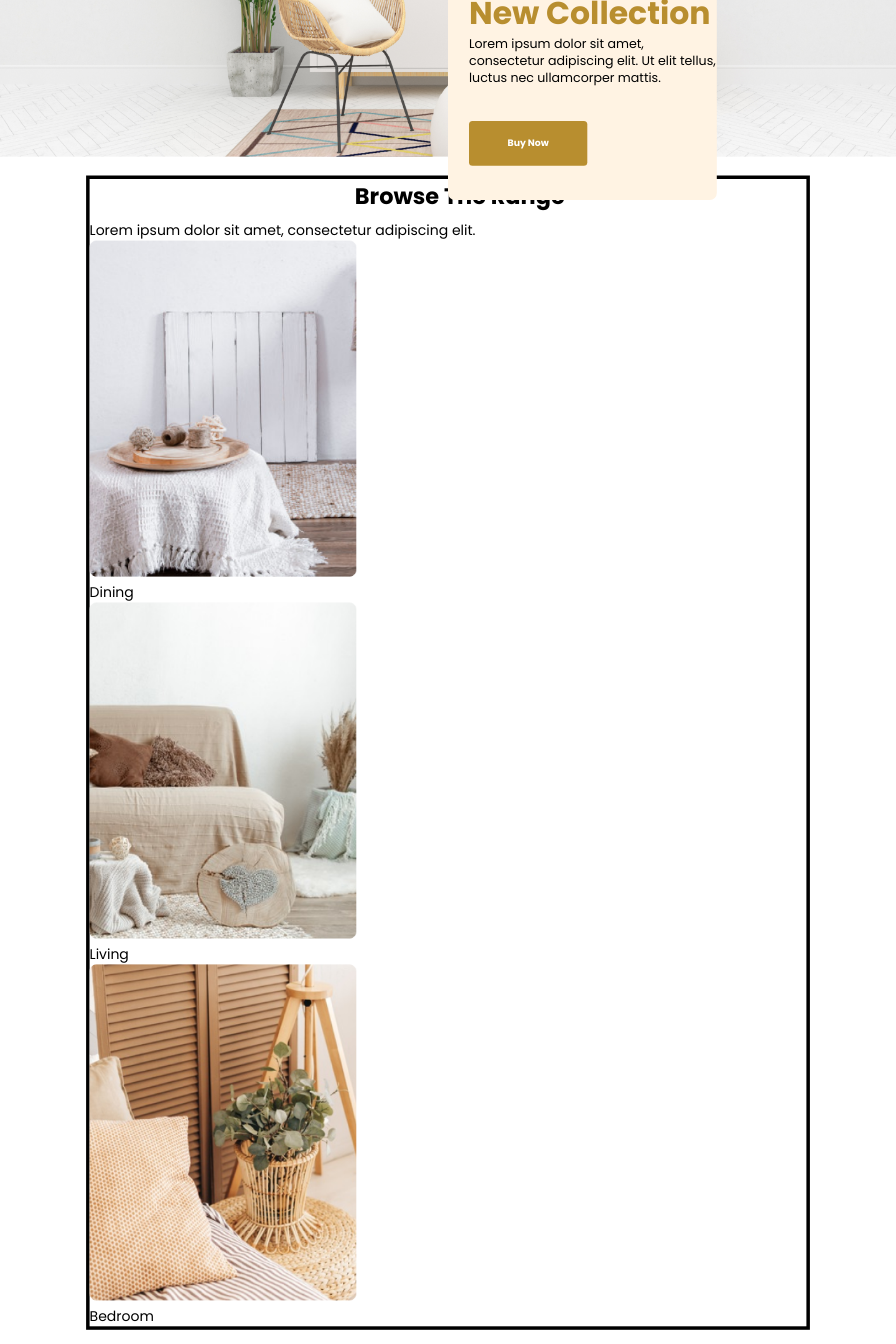
Repository: DT2301/project
Page: index.html
The author's editor kept a copy of each file at every save. The page is drawn from the files as they stood at one save, then again after the next save.
The browser window is 1280 px wide. The pictures show the part of the page from y = 514 to 2434 px (the page is 2434 px tall), at 70% of full size.
A picture or video elsewhere on the page could not be fetched, so the positions and the page height are approximate.

Above is the page before, as saved 2024-01-07 10:32:10.

After the next save:
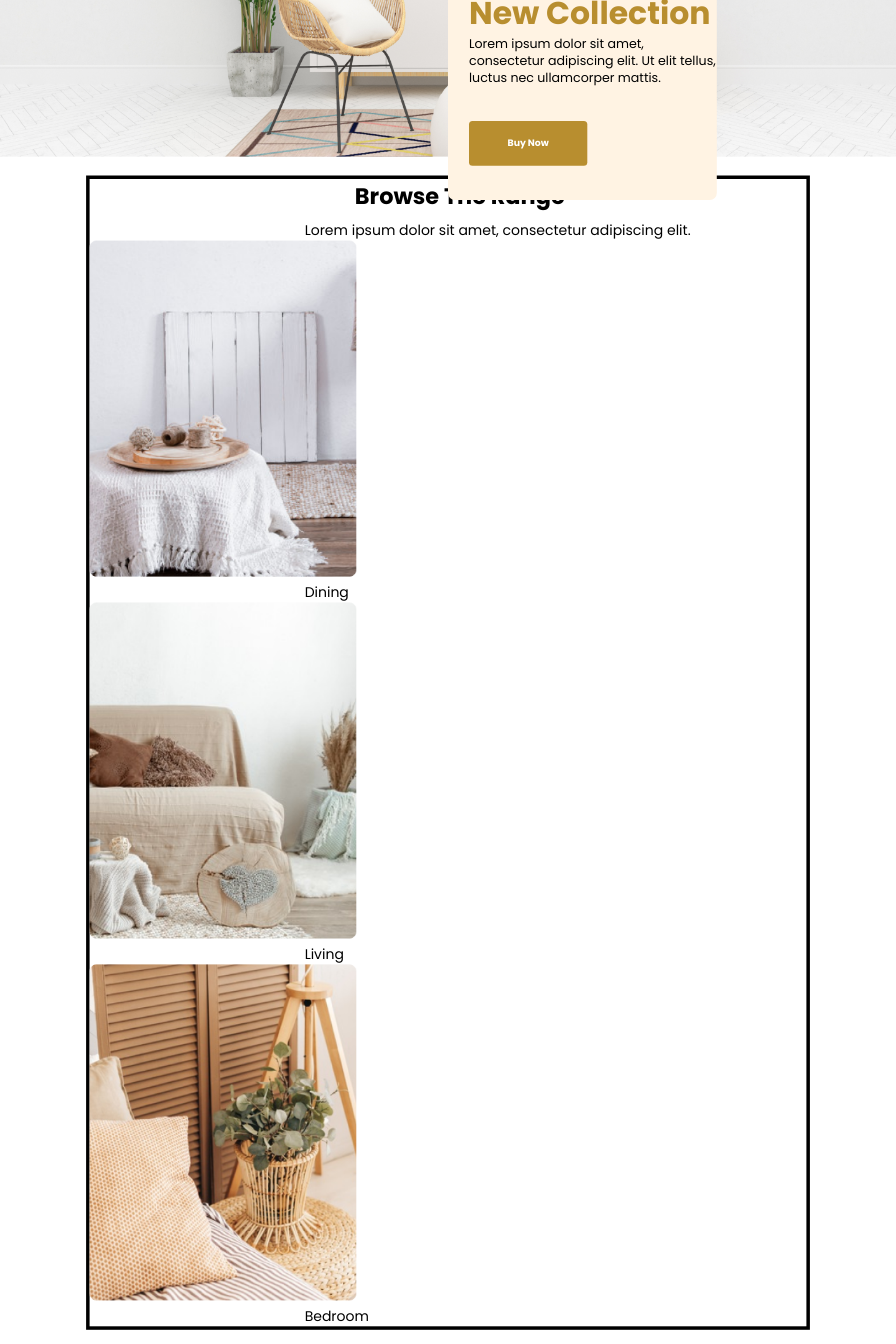
Saved 17 s later.
--- a/style.css
+++ b/style.css
@@ -117,4 +117,5 @@ ul {
     font-size: 20px;
     line-height: 30px;
     align-items: center;
+    margin-left: 30%;
 }
